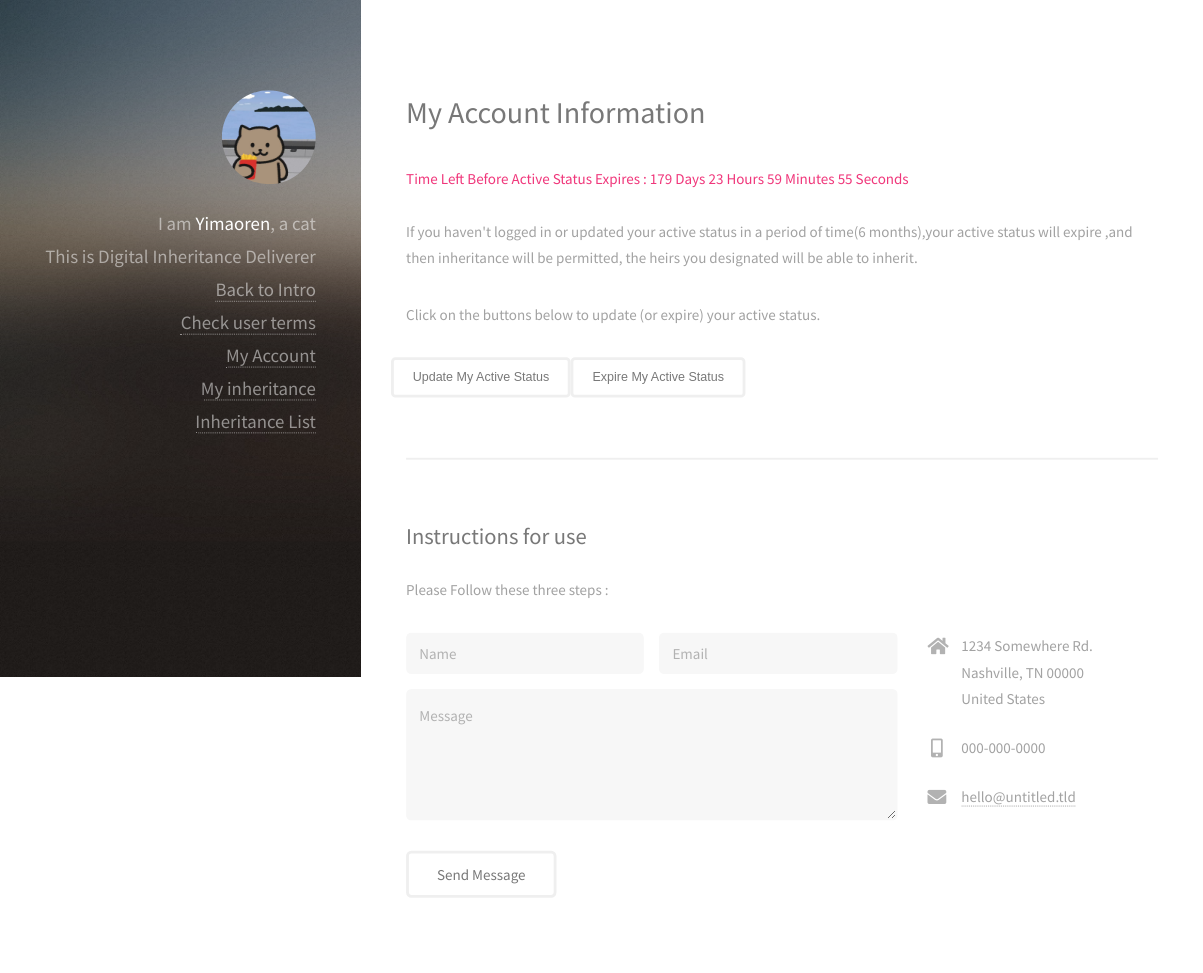
Repository: 1mocat/DID-blockchain-project
Page: Digital_I_D/app/src/myaccount.html
The author's editor kept a copy of each file at every save. The page is drawn from the files as they stood at one save, then again after the next save.
The browser window is 1280 px wide. The pictures show the whole page, at 94% of full size.

Above is the page before, as saved 2023-10-02 16:45:28.

### Digital_I_D/app/src/myaccount.html
<!DOCTYPE HTML>
<html>



<head>
	<title>Strata by HTML5 UP</title>
	<meta charset="utf-8" />
	<meta name="viewport" content="width=device-width, initial-scale=1, user-scalable=no" />
	<link rel="stylesheet" href="assets_account/css/main.css" />
	<style>
		#countdown {
			font-size: 16px;
			color: rgb(240, 55, 123);
		}
	</style>
</head>

<body class="is-preload">

	<!-- Header -->

	<header id="header">
		<div class="inner">
			<a href="#" class="image avatar"><img src="images/yimaoren.jpg" alt="" /></a>
			<h1>I am <strong>Yimaoren</strong>, a cat<br /></h1>
			<h1>This is Digital Inheritance Deliverer</h1>
			<h1><a href="index.html">Back to Intro</a></h1>
			<h1><a href="UserAgreement.html">Check user terms</a></h1>
			<h1><a href="NFTList.html">My Account</a></h1>
			<h1><a href="NFTList.html">My inheritance</a></h1>
			<h1><a href="AuctionList.html">Inheritance List</a></h1>
		</div>
	</header>

	<!-- Main -->
	<div id="main">

		<!-- One -->
		<section id="one">
			<header class="major">
				<h2>My Account Information</h2>
				<div id="countdown"></div>
				<script>
					// 目标日期：当前日期 + 30*6 天
					const targetDate = new Date();
					targetDate.setDate(targetDate.getDate() + 30*6);

					// 更新倒计时的函数
					function updateCountdown() {
						const currentDate = new Date();
						const timeDifference = targetDate - currentDate;

						if (timeDifference <= 0) {
							document.getElementById('countdown').innerHTML = '倒计时结束';
						} else {
							const days = Math.floor(timeDifference / (1000 * 60 * 60 * 24));
							const hours = Math.floor((timeDifference % (1000 * 60 * 60 * 24)) / (1000 * 60 * 60));
							const minutes = Math.floor((timeDifference % (1000 * 60 * 60)) / (1000 * 60));
							const seconds = Math.floor((timeDifference % (1000 * 60)) / 1000);

							const countdownText = `Time Left Before Active Status Expires : ${days} Days ${hours} Hours ${minutes} Minutes ${seconds} Seconds`;
							document.getElementById('countdown').innerHTML = countdownText;
						}
					}
					// 初始调用更新倒计时
					updateCountdown();
					// 每秒更新一次倒计时
					setInterval(updateCountdown, 1000);
				</script>
			</header>

			<p><br>If you haven't logged in or updated your active status in a period of time(6 months),your active status will expire ,and then inheritance will be permitted, the heirs you designated will be able to inherit.
				<br>  </p>
			<p> Click on the buttons below to update (or expire) your active status. </p>
			<ul class="actions">
				<button onclick="" class="button">Update My Active Status </button>
				<button onclick="" class="button">Expire My Active Status </button>
			</ul>
		</section>
		<!-- Three -->
		<section id="three">
			<h2>Instructions for use</h2>
			<p>Please Follow these three steps :</p>
			<div class="row">
				<div class="col-8 col-12-small">
					<form method="post" action="#">
						<div class="row gtr-uniform gtr-50">
							<div class="col-6 col-12-xsmall"><input type="text" name="name" id="name"
									placeholder="Name" /></div>
							<div class="col-6 col-12-xsmall"><input type="email" name="email" id="email"
									placeholder="Email" /></div>
							<div class="col-12"><textarea name="message" id="message" placeholder="Message"
									rows="4"></textarea></div>
						</div>
					</form>
					<ul class="actions">
						<li><input type="submit" value="Send Message" /></li>
					</ul>
				</div>
				<div class="col-4 col-12-small">
					<ul class="labeled-icons">
						<li>
							<h3 class="icon solid fa-home"><span class="label">Address</span></h3>
							1234 Somewhere Rd.<br />
							Nashville, TN 00000<br />
							United States
						</li>
						<li>
							<h3 class="icon solid fa-mobile-alt"><span class="label">Phone</span></h3>
							000-000-0000
						</li>
						<li>
							<h3 class="icon solid fa-envelope"><span class="label">Email</span></h3>
							<a href="#">hello@untitled.tld</a>
						</li>
					</ul>
				</div>
			</div>
		</section>



	</div>



	<!-- Scripts -->
	<script src="assets_account/js/jquery.min.js"></script>
	<script src="assets_account/js/jquery.poptrox.min.js"></script>
	<script src="assets_account/js/browser.min.js"></script>
	<script src="assets_account/js/breakpoints.min.js"></script>
	<script src="assets_account/js/util.js"></script>
	<script src="assets_account/js/main.js"></script>




</body>

</html>

Loaded but not shown: Digital_I_D/app/src/assets_account/js/jquery.min.js (library); Digital_I_D/app/src/assets_account/css/fontawesome-all.min.css (library); Digital_I_D/app/src/assets_account/js/jquery.poptrox.min.js (library); Digital_I_D/app/src/assets_account/js/browser.min.js (common file); Digital_I_D/app/src/assets_account/js/breakpoints.min.js (common file); Digital_I_D/app/src/assets_account/js/util.js (587 lines, source omitted); Digital_I_D/app/src/assets_account/js/main.js (117 lines, source omitted); Digital_I_D/app/src/assets_account/css/main.css (3221 lines, source omitted)

After the next save:
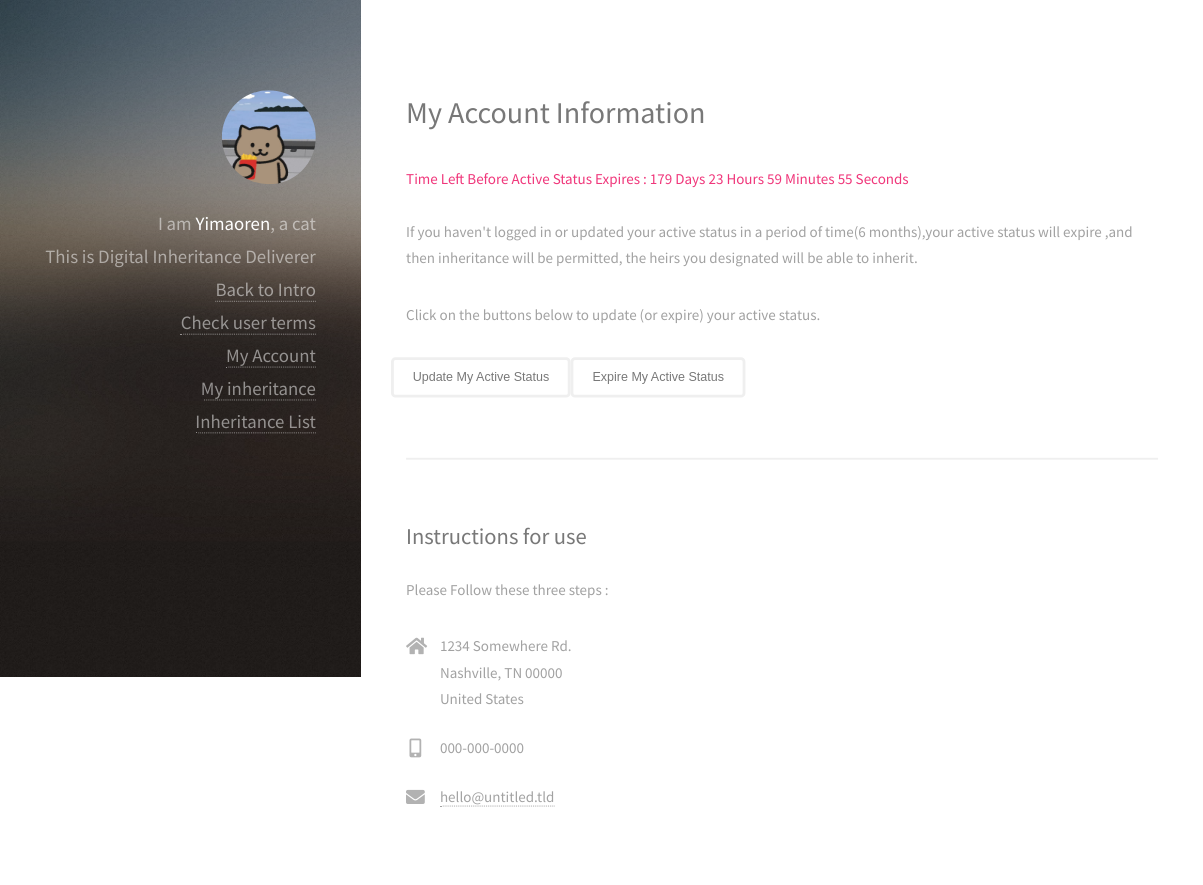
Saved 35 s later.
--- a/Digital_I_D/app/src/myaccount.html
+++ b/Digital_I_D/app/src/myaccount.html
@@ -83,21 +83,7 @@
 			<h2>Instructions for use</h2>
 			<p>Please Follow these three steps :</p>
 			<div class="row">
-				<div class="col-8 col-12-small">
-					<form method="post" action="#">
-						<div class="row gtr-uniform gtr-50">
-							<div class="col-6 col-12-xsmall"><input type="text" name="name" id="name"
-									placeholder="Name" /></div>
-							<div class="col-6 col-12-xsmall"><input type="email" name="email" id="email"
-									placeholder="Email" /></div>
-							<div class="col-12"><textarea name="message" id="message" placeholder="Message"
-									rows="4"></textarea></div>
-						</div>
-					</form>
-					<ul class="actions">
-						<li><input type="submit" value="Send Message" /></li>
-					</ul>
-				</div>
+
 				<div class="col-4 col-12-small">
 					<ul class="labeled-icons">
 						<li>

After the save that followed:
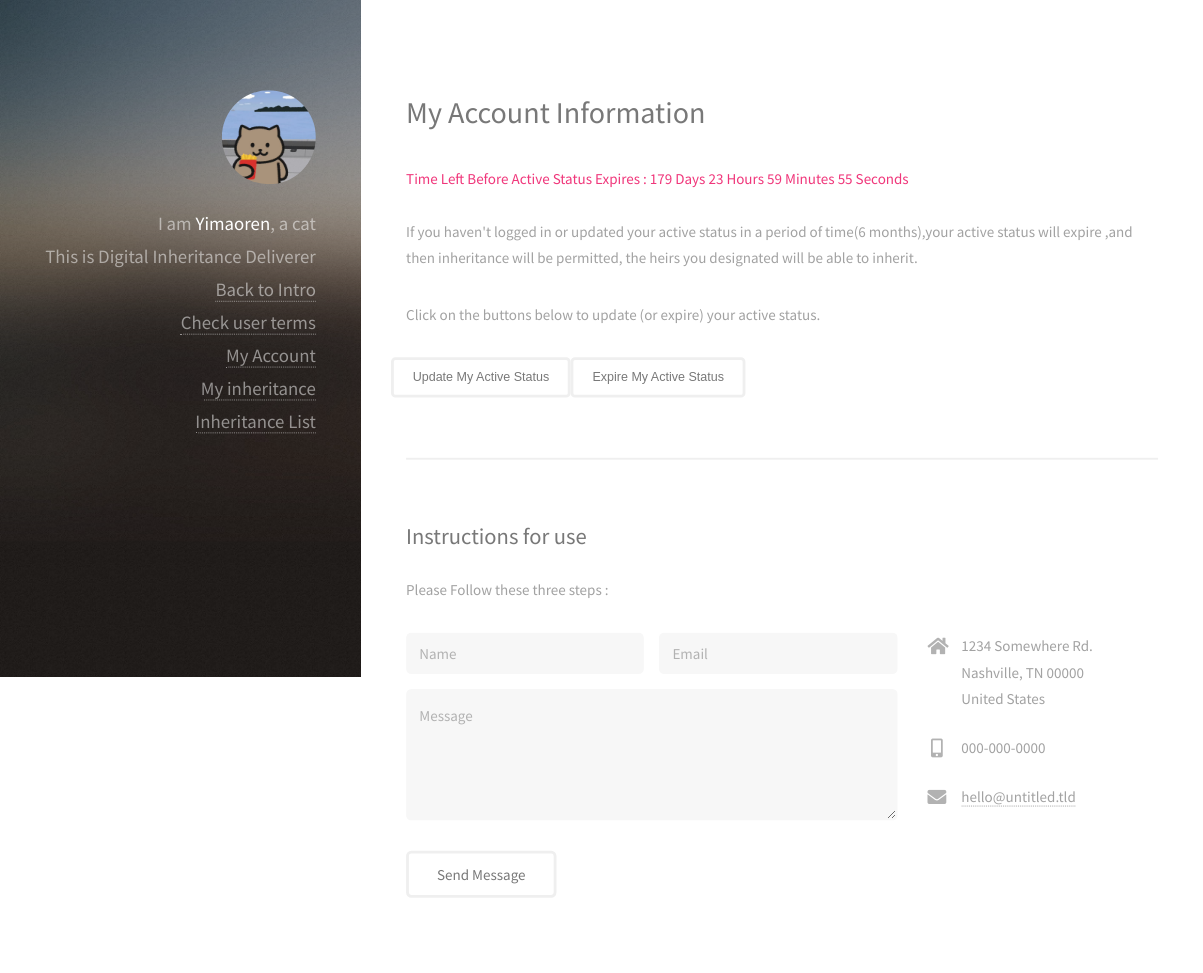
Saved 4 s later.
--- a/Digital_I_D/app/src/myaccount.html
+++ b/Digital_I_D/app/src/myaccount.html
@@ -83,7 +83,21 @@
 			<h2>Instructions for use</h2>
 			<p>Please Follow these three steps :</p>
 			<div class="row">
-
+				<div class="col-8 col-12-small">
+					<form method="post" action="#">
+						<div class="row gtr-uniform gtr-50">
+							<div class="col-6 col-12-xsmall"><input type="text" name="name" id="name"
+									placeholder="Name" /></div>
+							<div class="col-6 col-12-xsmall"><input type="email" name="email" id="email"
+									placeholder="Email" /></div>
+							<div class="col-12"><textarea name="message" id="message" placeholder="Message"
+									rows="4"></textarea></div>
+						</div>
+					</form>
+					<ul class="actions">
+						<li><input type="submit" value="Send Message" /></li>
+					</ul>
+				</div>
 				<div class="col-4 col-12-small">
 					<ul class="labeled-icons">
 						<li>
